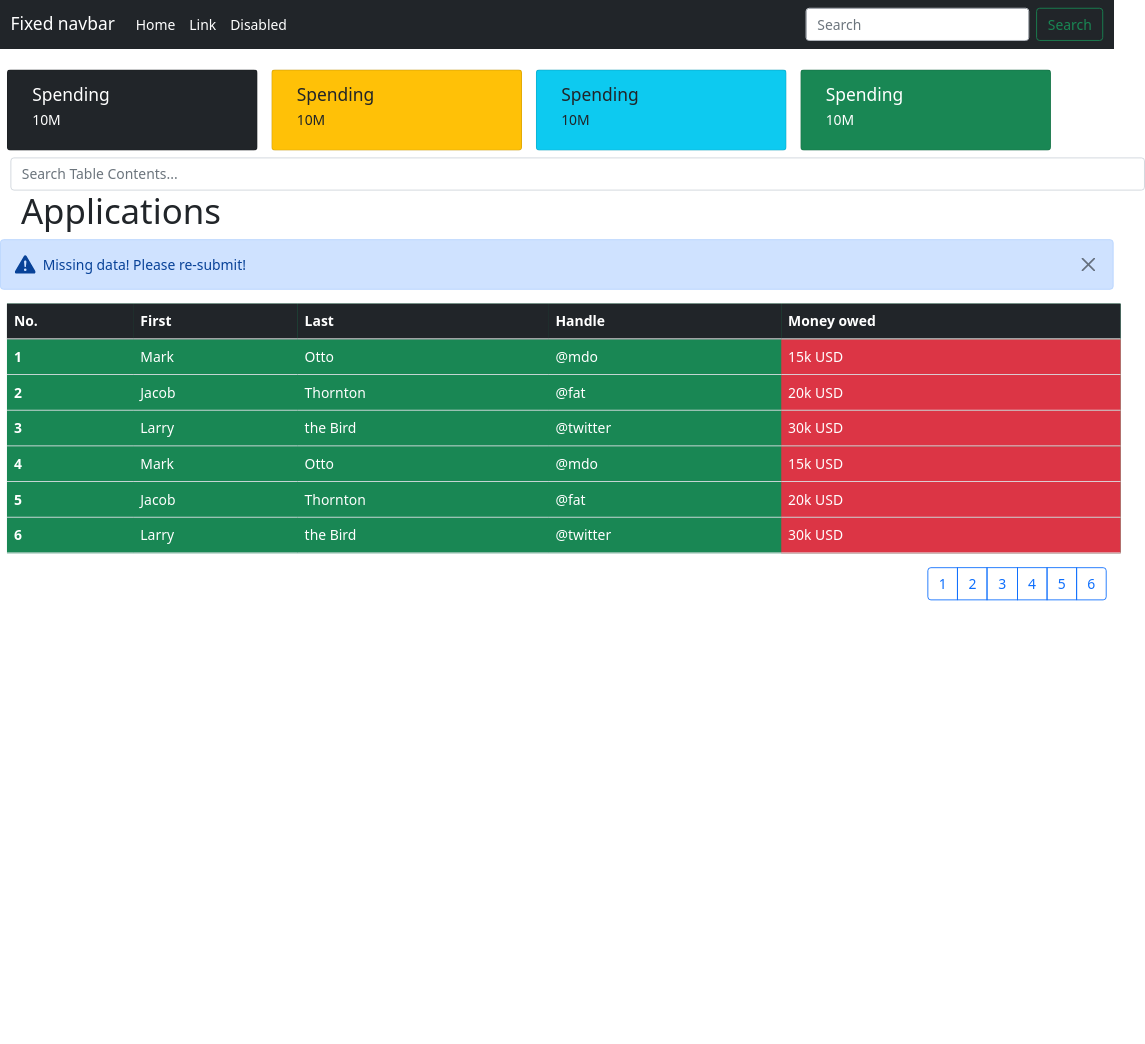
Repository: Dayvid0/BOOTSTRAP-TUTORIALS
Page: BOOTSTRAP-GRID-LAYOUTS/zylo.html
These files come from the project's save history. The page is drawn as it stood at one moment and after the next save; the edit follows.
The browser window is 1280 px wide. The page is 1316 px wide, so the pictures cover 1316 px, including what lies to the right of the window. The pictures show the whole page, at 87% of full size.

Above is the page before, as saved 2025-02-01 08:47:48.

### BOOTSTRAP-GRID-LAYOUTS/zylo.html
<!doctype html>
<html lang="en">
  <head>
    <!-- Required meta tags -->
    <meta charset="utf-8">
    <meta name="viewport" content="width=device-width, initial-scale=1">
    <!-- Bootstrap CSS -->
    <link href="https://cdn.jsdelivr.net/npm/bootstrap@5.0.2/dist/css/bootstrap.min.css" rel="stylesheet" integrity="sha384-EVSTQN3/azprG1Anm3QDgpJLIm9Nao0Yz1ztcQTwFspd3yD65VohhpuuCOmLASjC" crossorigin="anonymous">
    <title>ZYLO</title>
    <style>
      body {
      min-height: 75rem;
      padding-top: 4.5rem;
}
    </style>
  </head>
  <body>
    <div class="container-fluid">
      <div class="row ">
        <div class="card m-2 col-md-3 bg-dark text-white" style="width: 18rem;">
          <div class="card-body">
            <h5 class="card-title">Spending</h5>
            <h6>10M</h6>
          </div>
        </div>
        <div class="card m-2 col-md-3 bg-warning" style="width: 18rem;">
          <div class="card-body">
            <h5 class="card-title">Spending</h5>
            <h6>10M</h6>
          </div>
        </div>
        <div class="card m-2 col-md-3 bg-info" style="width: 18rem;">
          <div class="card-body">
            <h5 class="card-title">Spending</h5>
            <h6>10M</h6>
          </div>
        </div>
        <div class="card m-2 col-md-3 bg-success text-white" style="width: 18rem;">
          <div class="card-body">
            <h5 class="card-title">Spending</h5>
            <h6>10M</h6>
          </div>
        </div>
      </div>
    </div>
    <nav class="navbar navbar-expand-md navbar-dark fixed-top bg-dark">
      <div class="container-fluid">
        <a class="navbar-brand" href="#">Fixed navbar</a>
        <button class="navbar-toggler" type="button" data-bs-toggle="collapse" data-bs-target="#navbarCollapse" aria-controls="navbarCollapse" aria-expanded="false" aria-label="Toggle navigation">
          <span class="navbar-toggler-icon"></span>
        </button>
        <div class="collapse navbar-collapse" id="navbarCollapse">
          <ul class="navbar-nav me-auto mb-2 mb-md-0">
            <li class="nav-item">
              <a class="nav-link active" aria-current="page" href="#">Home</a>
            </li>
            <li class="nav-item">
              <a class="nav-link active" href="#">Link</a>
            </li>
            <li class="nav-item">
              <a class="nav-link active" href="#" tabindex="-1" aria-disabled="true">Disabled</a>
            </li>
          </ul>
          <form class="d-flex">
            <input class="form-control me-2" type="search" placeholder="Search" aria-label="Search">
            <button class="btn btn-outline-success" type="submit">Search</button>
          </form>
        </div>
      </div>
    </nav>
      <div class="row">
        <input class="form-control  mx-4 " style="max-width: 100pxpx;" type="search" placeholder="Search Table Contents..." aria-label="Search">
        <h1 class="mx-4">Applications</h1>
      </div>
      <!--Alerts-->
      <div class="alert alert-primary d-flex align-items-center justify-content-between w-auto mx-auto" role="alert">
        <div class="d-flex align-items-center">
            <svg xmlns="http://www.w3.org/2000/svg" width="24" height="24" fill="currentColor" class="bi bi-exclamation-triangle-fill flex-shrink-0 me-2" viewBox="0 0 16 16" role="img" aria-label="Warning:">
                <path d="M8.982 1.566a1.13 1.13 0 0 0-1.96 0L.165 13.233c-.457.778.091 1.767.98 1.767h13.713c.889 0 1.438-.99.98-1.767L8.982 1.566zM8 5c.535 0 .954.462.9.995l-.35 3.507a.552.552 0 0 1-1.1 0L7.1 5.995A.905.905 0 0 1 8 5zm.002 6a1 1 0 1 1 0 2 1 1 0 0 1 0-2z"/>
            </svg>
            <div>
                Missing data! Please re-submit!
            </div>
        </div>
        <button type="button" class="btn-close ms-auto" data-bs-dismiss="alert" aria-label="Close"></button>
    </div>
      <!--End of alerts-->
    <table class="table table-hover mx-2 bg-success text-white">
      <thead class="bg-dark text-white">
        <tr >
          <th scope="col">No.</th>
          <th scope="col">First</th>
          <th scope="col">Last</th>
          <th scope="col">Handle</th>
          <th scope="col">Money owed</th>
        </tr>
      </thead>
      <tbody>
        <tr>
          <th scope="row">1</th>
          <td>Mark</td>
          <td>Otto</td>
          <td>@mdo</td>
          <td class="bg-danger">15k USD</td>
        </tr>
        <tr>
          <th scope="row">2</th>
          <td>Jacob</td>
          <td>Thornton</td>
          <td>@fat</td>
          <td class="bg-danger">20k USD</td>
        </tr>
        <tr>
          <th scope="row">3</th>
          <td >Larry </td>
          <td>the Bird</td>
          <td>@twitter</td>
          <td class="bg-danger">30k USD</td>
        </tr>
        <tr>
          <th scope="row">4</th>
          <td>Mark</td>
          <td>Otto</td>
          <td>@mdo</td>
          <td class="bg-danger">15k USD</td>
        </tr>
        <tr>
          <th scope="row">5</th>
          <td>Jacob</td>
          <td>Thornton</td>
          <td>@fat</td>
          <td class="bg-danger">20k USD</td>
        </tr>
        <tr>
          <th scope="row">6</th>
          <td>Larry </td>
          <td>the Bird</td>
          <td>@twitter</td>
          <td class="bg-danger">30k USD</td>
        </tr>
      </tbody>
    </table>
    <div class="d-flex justify-content-end m-2">
    <div class="btn-group" role="group" aria-label="Basic example">
      <button type="button" class="btn btn-outline-primary">1</button>
      <button type="button" class="btn btn-outline-primary ">2</button>
      <button type="button" class="btn btn-outline-primary">3</button>
      <button type="button" class="btn btn-outline-primary">4</button>
      <button type="button" class="btn btn-outline-primary ">5</button>
      <button type="button" class="btn btn-outline-primary">6</button>
    </div>
  </div>
    <script src="https://cdn.jsdelivr.net/npm/bootstrap@5.0.2/dist/js/bootstrap.bundle.min.js" integrity="sha384-MrcW6ZMFYlzcLA8Nl+NtUVF0sA7MsXsP1UyJoMp4YLEuNSfAP+JcXn/tWtIaxVXM" crossorigin="anonymous"></script>
  </body>
</html>

After the next save:
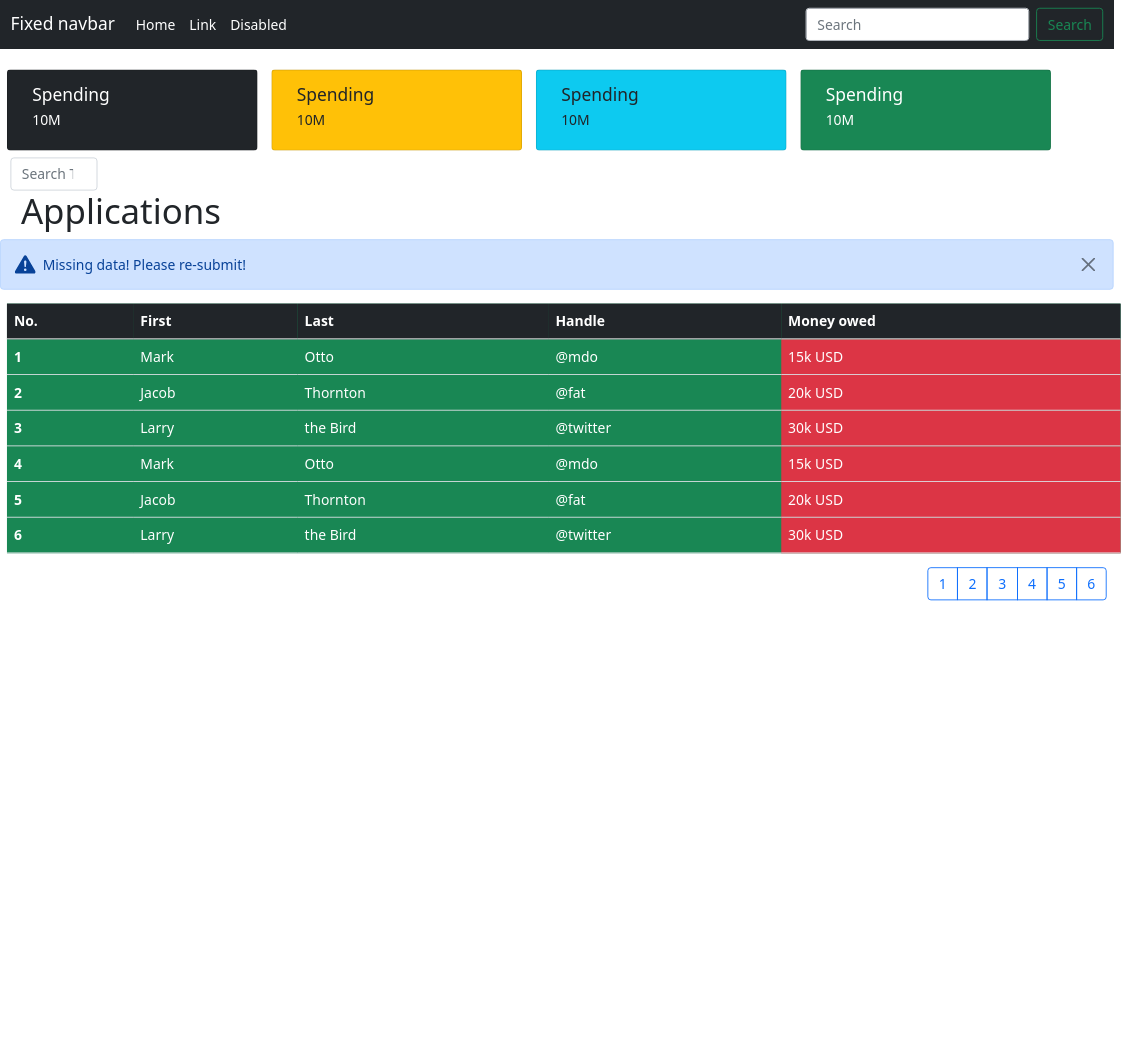
Saved 15 s later.
--- a/BOOTSTRAP-GRID-LAYOUTS/zylo.html
+++ b/BOOTSTRAP-GRID-LAYOUTS/zylo.html
@@ -69,7 +69,7 @@
       </div>
     </nav>
       <div class="row">
-        <input class="form-control  mx-4 " style="max-width: 100pxpx;" type="search" placeholder="Search Table Contents..." aria-label="Search">
+        <input class="form-control  mx-4 " style="max-width: 100px;" type="search" placeholder="Search Table Contents..." aria-label="Search">
         <h1 class="mx-4">Applications</h1>
       </div>
       <!--Alerts-->

After the save that followed:
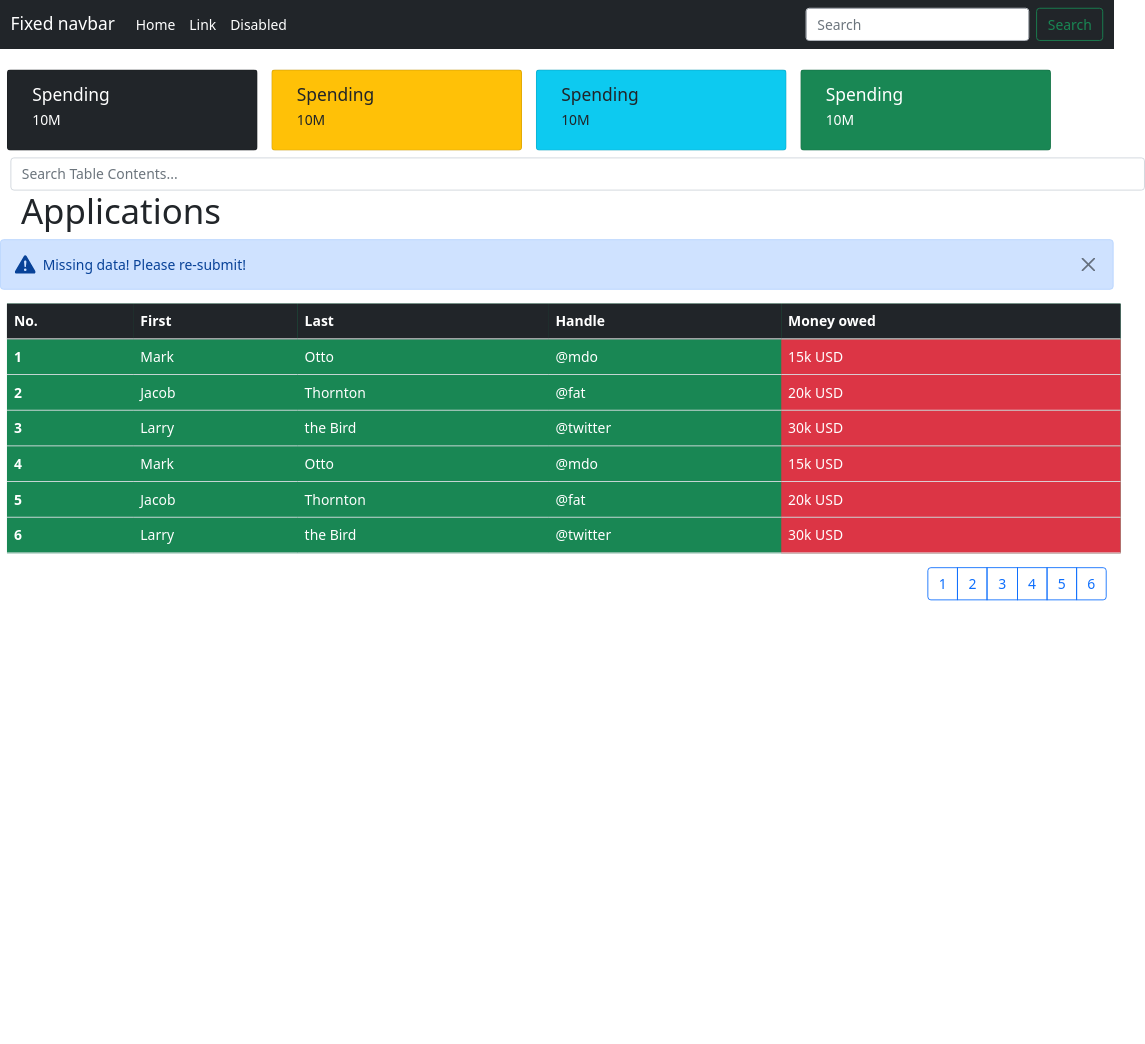
Saved 39 s later.
--- a/BOOTSTRAP-GRID-LAYOUTS/zylo.html
+++ b/BOOTSTRAP-GRID-LAYOUTS/zylo.html
@@ -68,8 +68,8 @@
         </div>
       </div>
     </nav>
-      <div class="row">
-        <input class="form-control  mx-4 " style="max-width: 100px;" type="search" placeholder="Search Table Contents..." aria-label="Search">
+      <div class="row style="max-width: 100px;">
+        <input class="form-control  mx-4 " " type="search" placeholder="Search Table Contents..." aria-label="Search">
         <h1 class="mx-4">Applications</h1>
       </div>
       <!--Alerts-->
